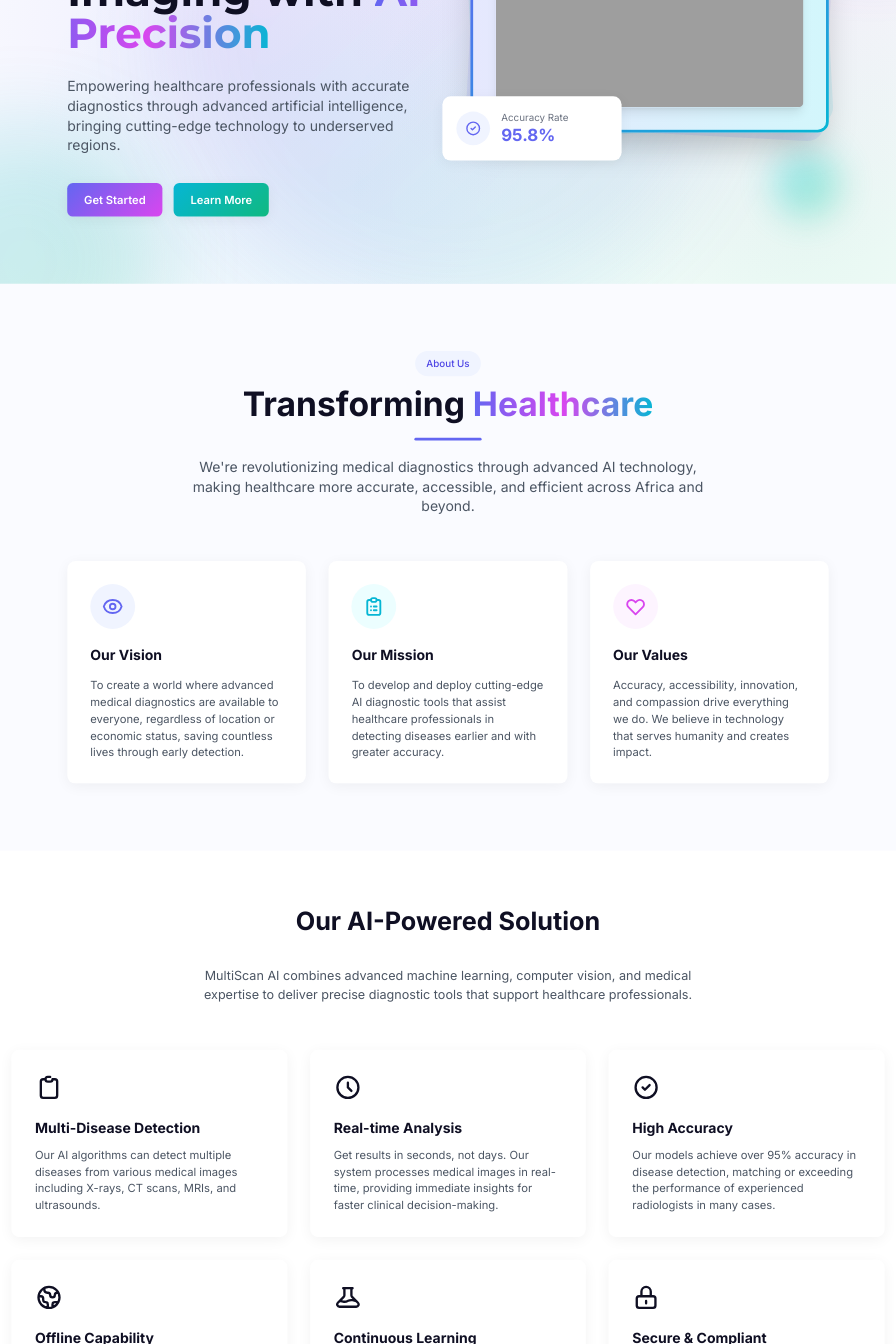
Repository: MultiScan-AI/multiscan-ai.github.io
Page: /
An editor plug-in stored every save of this project. The page is shown before and after the next save, followed by the edit.
The browser window is 1280 px wide. The pictures show the part of the page from y = 318 to 2238 px (the page is 4603 px tall), at 70% of full size.
Pictures or frames that could not be fetched are drawn as grey boxes. The project was rebuilt for these pictures with package versions that can differ from the ones it lists, and the page was loaded fresh each time. Also part of the build but not shown: vite.config.js, src/App.css.

Above is the page before, as saved 2025-07-01 18:35:50.

After the next save:
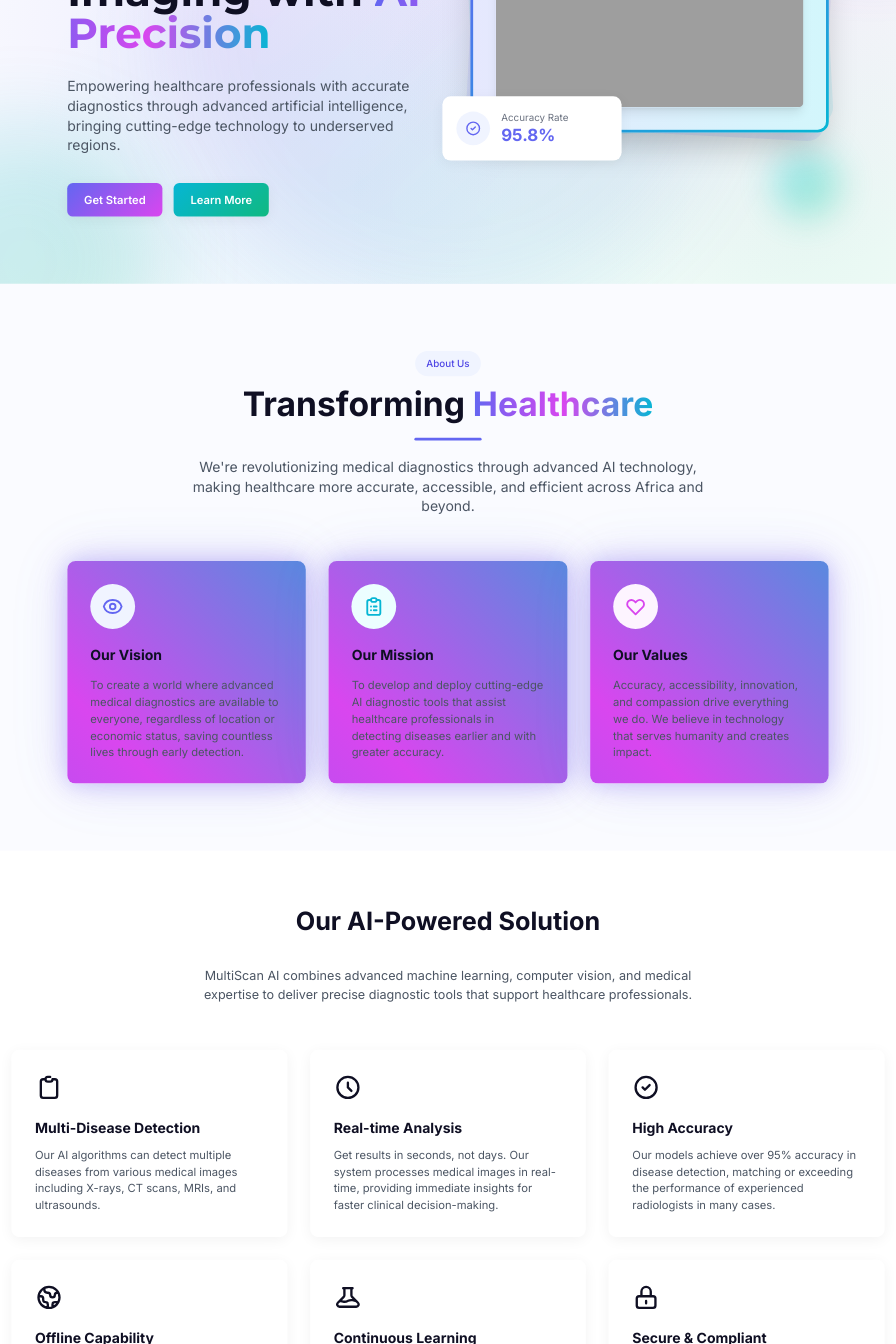
Saved 3 min 39 s later.
--- a/src/components/About.jsx
+++ b/src/components/About.jsx
@@ -54,7 +54,7 @@
             whileInView={{ opacity: 1, y: 0 }}
             transition={{ duration: 0.5 }}
             viewport={{ once: true }}
-            className="card hover:border-primary-500 hover:border border-transparent border"
+            className="card gradient-card hover:border-primary-500 hover:border border-transparent border gradient-border gradient-glow"
           >
             <div className="bg-primary-50 dark:bg-primary-900/20 p-4 rounded-full w-16 h-16 flex items-center justify-center mb-6">
               <svg xmlns="http://www.w3.org/2000/svg" className="h-8 w-8 text-primary-500" fill="none" viewBox="0 0 24 24" stroke="currentColor">
@@ -74,7 +74,7 @@
             whileInView={{ opacity: 1, y: 0 }}
             transition={{ duration: 0.5, delay: 0.2 }}
             viewport={{ once: true }}
-            className="card hover:border-secondary-500 hover:border border-transparent border"
+            className="card gradient-card hover:border-secondary-500 hover:border border-transparent border gradient-border gradient-glow"
           >
             <div className="bg-secondary-50 dark:bg-secondary-900/20 p-4 rounded-full w-16 h-16 flex items-center justify-center mb-6">
               <svg xmlns="http://www.w3.org/2000/svg" className="h-8 w-8 text-secondary-500" fill="none" viewBox="0 0 24 24" stroke="currentColor">
@@ -93,7 +93,7 @@
             whileInView={{ opacity: 1, y: 0 }}
             transition={{ duration: 0.5, delay: 0.4 }}
             viewport={{ once: true }}
-            className="card hover:border-accent-500 hover:border border-transparent border"
+            className="card gradient-card hover:border-accent-500 hover:border border-transparent border gradient-border gradient-glow"
           >
             <div className="bg-accent-50 dark:bg-accent-900/20 p-4 rounded-full w-16 h-16 flex items-center justify-center mb-6">
               <svg xmlns="http://www.w3.org/2000/svg" className="h-8 w-8 text-accent-500" fill="none" viewBox="0 0 24 24" stroke="currentColor">
